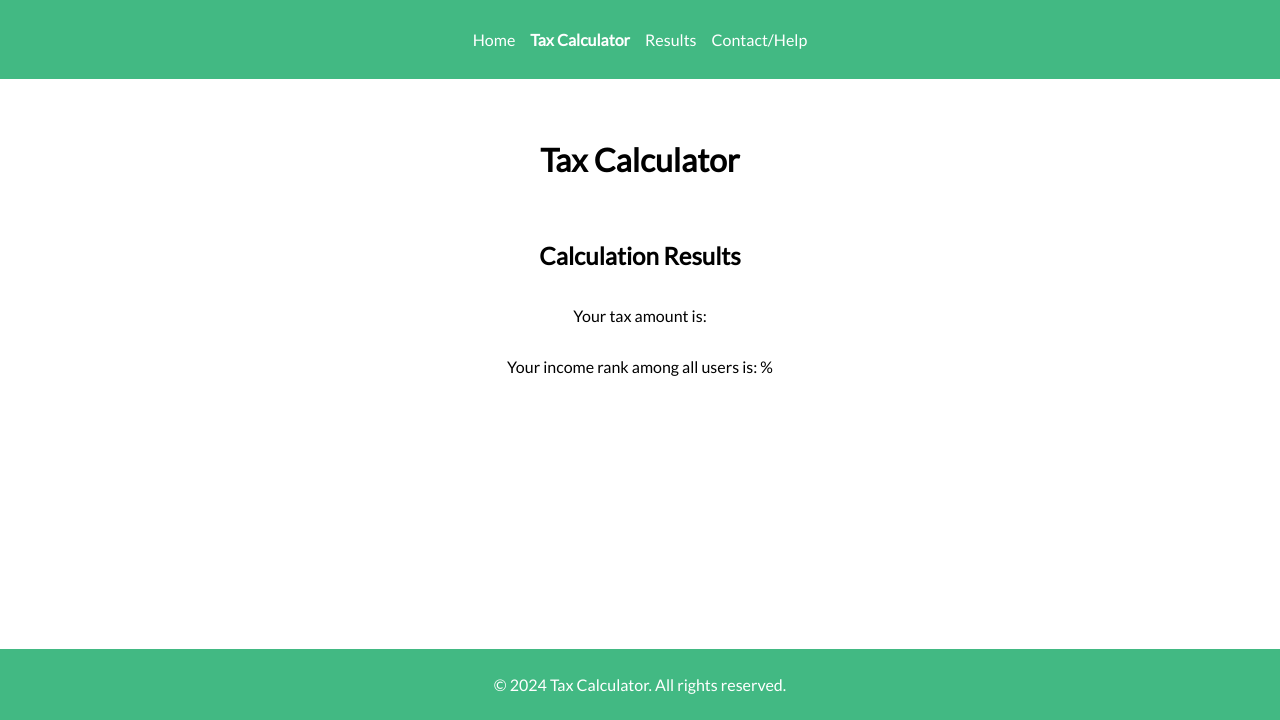
Repository: Tracy-maker/tax_calculator
Page: /calculator
An editor plug-in stored every save of this project. The page is shown before and after the next save, followed by the edit.
The browser window is 1280 px wide. The pictures show the whole page.
The project was rebuilt for these pictures with package versions that can differ from the ones it lists, and the page was loaded fresh each time. Also part of the build but not shown: vite.config.js, src/components/page/HomePage.vue, src/components/page/ResultPage.vue, src/components/page/ContactHelp.vue.

Above is the page before, as saved 2024-06-26 23:24:41.

### index.html
<!doctype html>
<html lang="en">
  <head>
    <meta charset="UTF-8" />
    <link rel="icon" href="src/assets/logo.svg" />
    <meta name="viewport" content="width=device-width, initial-scale=1.0" />
    <title>Tax Calculator</title>
  </head>
  <body>
    <div id="app"></div>
    <script type="module" src="/src/main.js"></script>
  </body>
</html>

### src/main.js
import './assets/main.css'
import { createApp } from 'vue'
import App from './App.vue'
import router from './router'

createApp(App).use(router).mount('#app')

### src/assets/main.css
@import url('https://fonts.googleapis.com/css?family=Lato&display=swap');

:root {
  --box-shadow: 0 1px 3px rgba(0, 0, 0, 0.12), 0 1px 2px rgba(0, 0, 0, 0.24);
}

* {
  box-sizing: border-box;
}

html,
body {
  height: 100%;
  margin: 0;
  padding: 0;
  font-family: 'Lato', sans-serif;
}

#app {
  display: flex;
  flex-direction: column;
  min-height: 100vh;
}

header {
  background-color: #42b983;
  padding: 30px;
  color: white;
}

nav {
  display: flex;
  justify-content: center;
  gap: 15px;
  flex-wrap: wrap;
}

nav a {
  color: white;
  text-decoration: none;
  cursor: pointer;
}

nav a.router-link-exact-active {
  font-weight: bold;
}

main {
  flex: 1;
  padding: 20px;
}
.start-calculation {
  display: inline-block;
  margin-top: 20px;
  padding: 10px 20px;
  background-color: #42b983;
  color: white;
  text-decoration: none;
  border-radius: 5px;
  box-shadow: var(--box-shadow);
  transition: background-color 0.3s;
}
footer {
  justify-content: center;
  align-items: center;
  text-align: center;
  padding: 10px;
  background-color: #42b983;
  color: white;
  display: flex;
}

.home,
.calculator,
.results,
.contact-help {
  display: flex;
  flex-direction: column;
  justify-content: center;
  align-items: center;
  min-height: auto;
  position: relative;
  overflow: hidden;
  padding: 20px;
  text-align: center;
}

.start-calculation {
  display: inline-block;
  margin-top: 20px;
  padding: 10px 20px;
  background-color: #42b983;
  color: white;
  text-decoration: none;
  border-radius: 5px;
  box-shadow: var(--box-shadow);
}

.start-calculation:hover {
  background-color: #369963;
}

.modal {
  position: fixed;
  top: 0;
  left: 0;
  width: 100%;
  height: 100%;
  background-color: rgba(0, 0, 0, 0.5);
  display: flex;
  justify-content: center;
  align-items: center;
}

.modal-content {
  background-color: white;
  padding: 20px;
  border-radius: 5px;
  text-align: center;
}

.close {
  position: absolute;
  top: 10px;
  right: 10px;
  cursor: pointer;
}

.share-buttons {
  display: flex;
  flex-direction: column;
  gap: 10px;
}

@media (max-width: 768px) {
  .home,
  .calculator,
  .results,
  .contact-help {
    padding: 10px;
  }

  header {
    text-align: center;
  }

  nav {
    flex-direction: row;
    gap: 10px;
  }

  main {
    padding: 10px;
  }

  footer {
    flex-direction: column;
  }
}

@media (max-width: 480px) {
  .home,
  .calculator,
  .results,
  .contact-help {
    padding: 5px;
  }

  .start-calculation {
    width: 100%;
    text-align: center;
  }
}

### src/App.vue
<template>
  <div id="app">
    <header>
      <nav>
        <router-link to="/">Home</router-link>
        <router-link to="/calculator">Tax Calculator</router-link>
        <router-link to="/results">Results</router-link>
        <router-link to="/contact">Contact/Help</router-link>
      </nav>
    </header>
    <main>
      <router-view></router-view>
    </main>
    <footer>
      <p>&copy; 2024 Tax Calculator. All rights reserved.</p>
    </footer>
  </div>
</template>

<script lang="ts">
import { defineComponent } from 'vue'

export default defineComponent({
  name: 'App'
})
</script>

### src/router.js
import { createRouter, createWebHistory } from 'vue-router'
import HomePage from './components/page/HomePage.vue'
import TaxCalculator from './components/page/TaxCalculator.vue'
import ResultPage from './components/page/ResultPage.vue'
import ContactHelp from './components/page/ContactHelp.vue'

const routes = [
  { path: '/', name: 'Home', component: HomePage },
  { path: '/calculator', name: 'Calculator', component: TaxCalculator },
  { path: '/results', name: 'Results', component: ResultPage },
  { path: '/contact', name: 'Contact', component: ContactHelp }
]

const router = createRouter({
  history: createWebHistory(),
  routes
})

export default router

### src/components/page/TaxCalculator.vue
<template>
  <div class="calculator">
    <h1>Tax Calculator</h1>
    <form @submit.prevent>
      <EmploymentTypeSelect
        :employmentType="employmentType"
        @update:employmentType="employmentType = $event"
      />
      <IncomeTypeSelect :incomeType="incomeType" @update:incomeType="incomeType = $event" />
      <IncomeInput :income="income" @update:income="income = $event" />
      <DeductionsInput :deductions="deductions" @update:deductions="deductions = $event" />
      <CreditsInput :credits="credits" @update:credits="credits = $event" />
    </form>
    <div v-if="taxAmount !== null" class="results">
      <h2>Calculation Results</h2>
      <p>Your tax amount is: {{ taxAmount }}</p>
      <p>Your income rank among all users is: {{ incomeRank }}%</p>
    </div>
  </div>
</template>

After the next save:
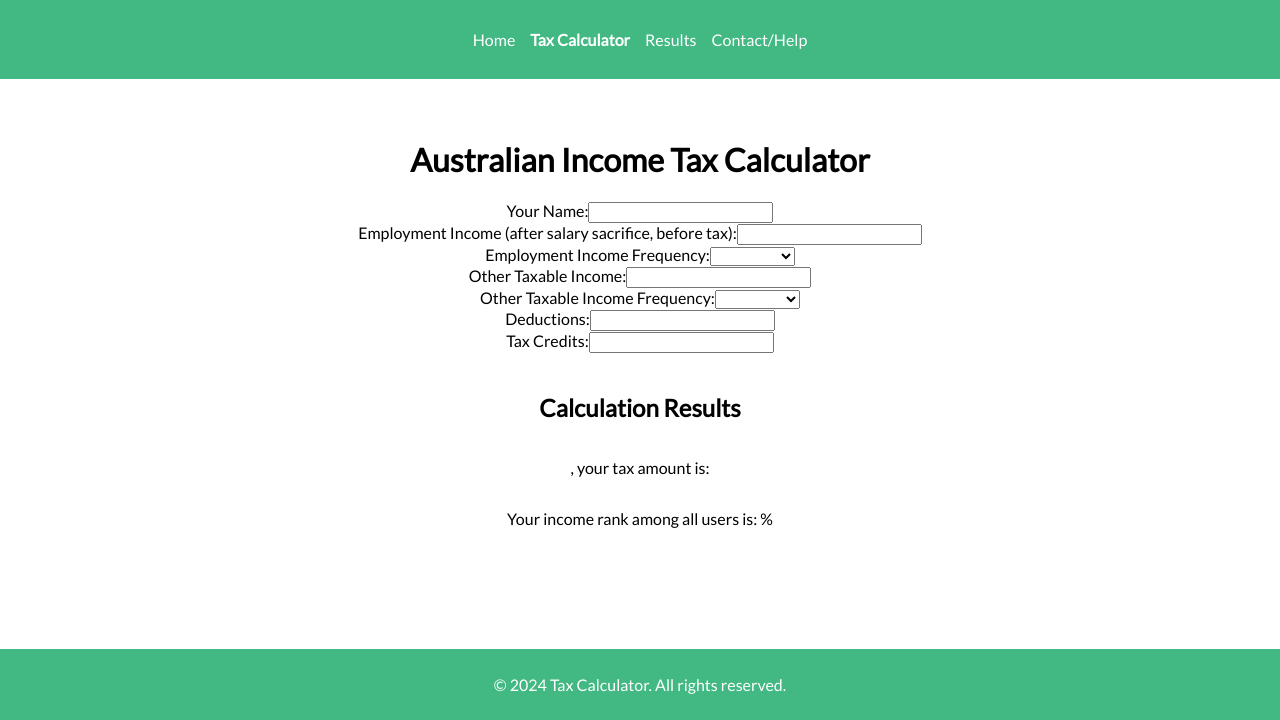
Saved 35 s later.
--- a/src/components/page/TaxCalculator.vue
+++ b/src/components/page/TaxCalculator.vue
@@ -1,19 +1,54 @@
 <template>
   <div class="calculator">
-    <h1>Tax Calculator</h1>
+    <h1>Australian Income Tax Calculator</h1>
     <form @submit.prevent>
-      <EmploymentTypeSelect
-        :employmentType="employmentType"
-        @update:employmentType="employmentType = $event"
-      />
-      <IncomeTypeSelect :incomeType="incomeType" @update:incomeType="incomeType = $event" />
-      <IncomeInput :income="income" @update:income="income = $event" />
-      <DeductionsInput :deductions="deductions" @update:deductions="deductions = $event" />
-      <CreditsInput :credits="credits" @update:credits="credits = $event" />
+      <div>
+        <label for="name">Your Name:</label>
+        <input type="text" v-model="name" id="name" required />
+      </div>
+
+      <div>
+        <label for="employmentIncome"
+          >Employment Income (after salary sacrifice, before tax):</label
+        >
+        <input type="number" v-model="employmentIncome" id="employmentIncome" required />
+      </div>
+      <div>
+        <label for="employmentFrequency">Employment Income Frequency:</label>
+        <select v-model="employmentFrequency" id="employmentFrequency">
+          <option value="annually">Annually</option>
+          <option value="monthly">Monthly</option>
+          <option value="fortnightly">Fortnightly</option>
+          <option value="weekly">Weekly</option>
+        </select>
+      </div>
+
+      <div>
+        <label for="otherIncome">Other Taxable Income:</label>
+        <input type="number" v-model="otherIncome" id="otherIncome" required />
+      </div>
+      <div>
+        <label for="otherFrequency">Other Taxable Income Frequency:</label>
+        <select v-model="otherFrequency" id="otherFrequency">
+          <option value="annually">Annually</option>
+          <option value="monthly">Monthly</option>
+          <option value="fortnightly">Fortnightly</option>
+          <option value="weekly">Weekly</option>
+        </select>
+      </div>
+
+      <div>
+        <label for="deductions">Deductions:</label>
+        <input type="number" v-model="deductions" id="deductions" />
+      </div>
+      <div>
+        <label for="credits">Tax Credits:</label>
+        <input type="number" v-model="credits" id="credits" />
+      </div>
     </form>
     <div v-if="taxAmount !== null" class="results">
       <h2>Calculation Results</h2>
-      <p>Your tax amount is: {{ taxAmount }}</p>
+      <p>{{ name }}, your tax amount is: {{ taxAmount }}</p>
       <p>Your income rank among all users is: {{ incomeRank }}%</p>
     </div>
   </div>
